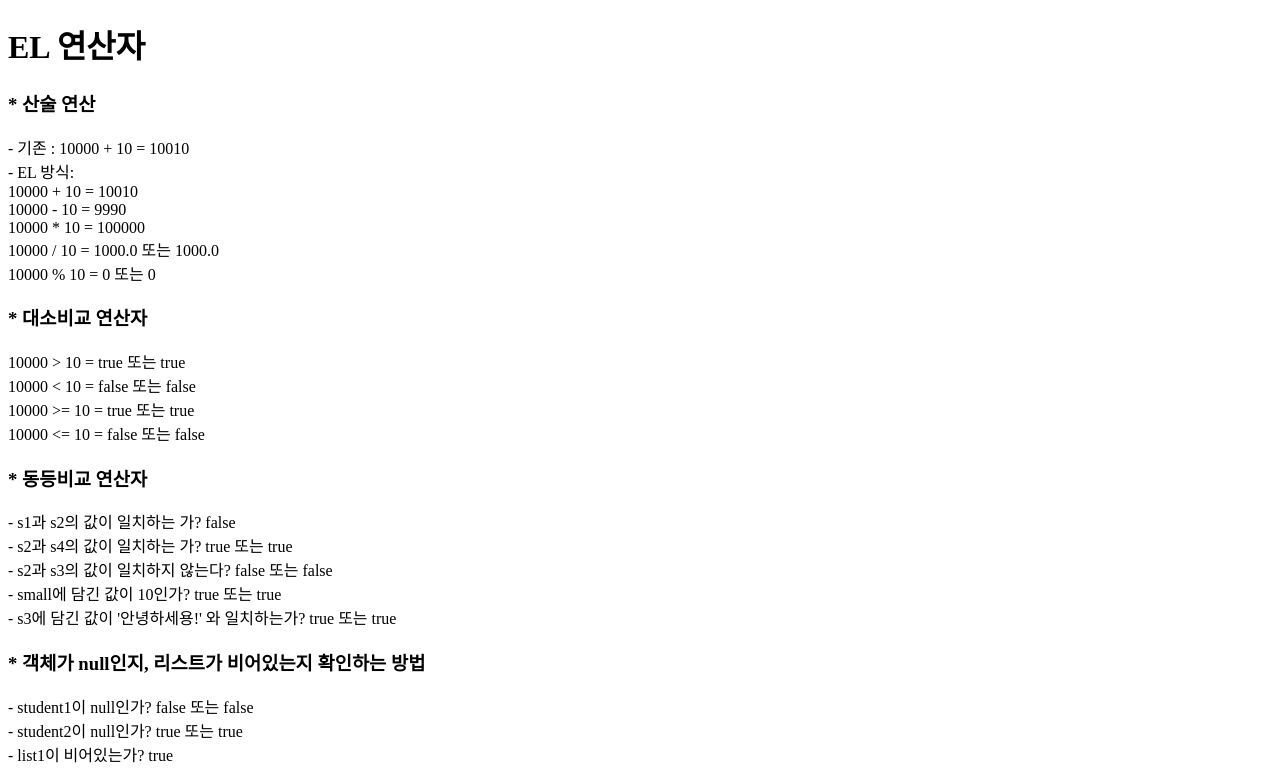
Repository: yoonseo0832/workspace
Page: http://localhost/2_jsp/operator.do
An editor plug-in stored every save of this project. The page is shown before and after the next save, followed by the edit.
The browser window is 1280 px wide. The pictures show the whole page.
The page is served by Tomcat 9.

Above is the page before, as saved 2025-03-21 01:17:01.

After the next save:
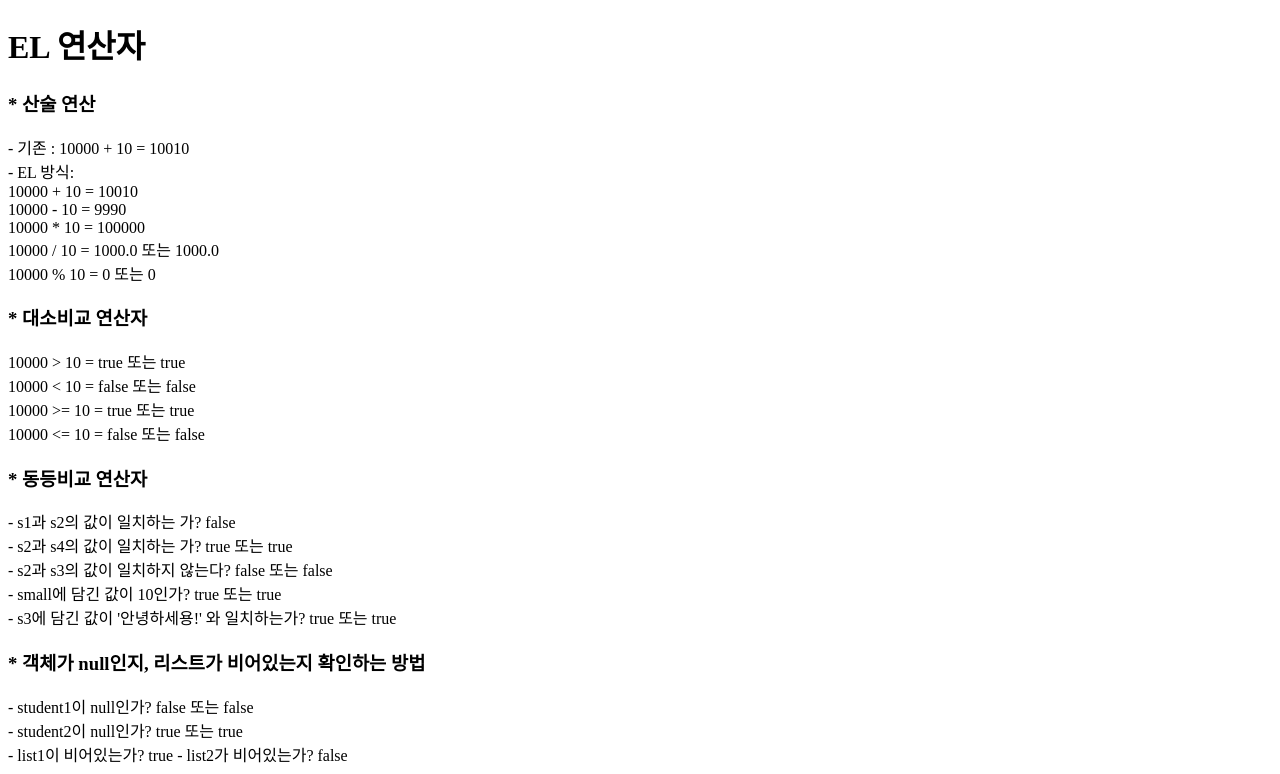
Saved 13 s later.
--- a/05_server/2_jsp/src/main/webapp/views/2_EL/2_elOperator.jsp
+++ b/05_server/2_jsp/src/main/webapp/views/2_EL/2_elOperator.jsp
@@ -45,5 +45,6 @@
 	- student2이 null인가? ${student2 ==null } 또는 ${empty student2}<br>
 
 	- list1이 비어있는가? ${ empty list1}
+	- list2가 비어있는가? ${ empty list2}
 </body>
 </html>
